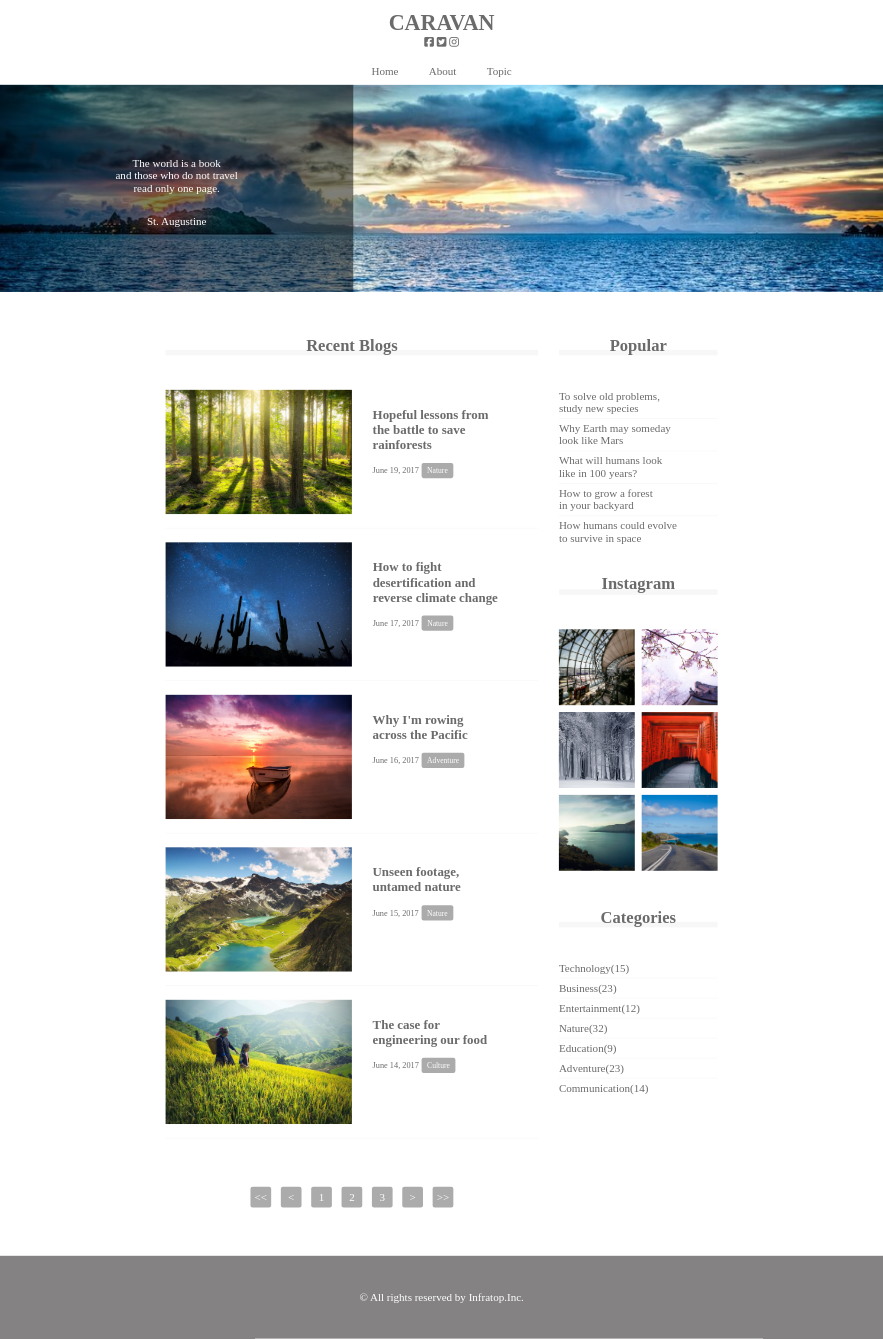
Repository: hayase-m/Webcamp
Page: caravan/index.html
The author's editor kept a record of every edit. The page is drawn from the files as they stood at one moment, then again after the next edit.
The browser window is 1280 px wide. The pictures show the whole page, at 69% of full size.
Some web libraries are served in a nearby version.

Above is the page before.

### caravan/index.html
<!DOCTYPE html>
<html lang="ja">
  <head>
    <meta charset="UTF-8" />
    <meta name="viewport" content="width=device-width,initial-scale=1.0">
    <!-- CSSファイルの読み込み -->

    <script src="https://kit.fontawesome.com/a95fdb4b13.js" crossorigin="anonymous"></script>
    <link rel="stylesheet" href="style.css" />
    <title>CARAVAN</title>
  </head>

  <body>
    <!-- header -->
    <header>
      <h1 class="heading">
        <a href="index.html">
        CARAVAN
        </a>
      </h1>

      <div class="social">
        <i class="fab fa-facebook-square"></i>
        <i class="fab fa-twitter-square"></i>
        <i class="fab fa-instagram"></i>
      </div>
    </header>

    <!-- navigation -->
    <nav>
      <ul class="nav-list">
        <li class="nav-list-item">
          <a href="index.html">Home</a>
        </li>
        <li class="nav-list-item">About</li>
        <li class="nav-list-item">Topic</li>
      </ul>
    </nav>

    <!-- main-visual用のdiv -->
    <div class="main-visual">
      <div class="main-visual-content">
        <!-- pタグ（と文字）を追加 -->
        <p class="main-visual-text">
          The world is a book <br>
          and those who do not travel <br>
          read only one page.
        </p>
        <p class="main-visual-name">
          St. Augustine
        </p>
      </div>
    </div>

    <!-- main用のdiv -->
    <main>
      <section class="blog">
        <h2 class="blog-heading">Recent Blogs</h2>

        <div class="blog-box">
          <div class="blog-item">
            <img class="blog-image" src="img/forest.jpg" />
            <section class="blog-text">
              <h3 class="blog-text-heading">
                <a href="single.html">
                  Hopeful lessons from<br>
                  the battle to save<br>
                  rainforests
                </a>
              </h3>
              <p class="blog-date">June 19, 2017</p>
              <span class="category">Nature</span>
            </section>
          </div>
          <div class="blog-item">
            <img class="blog-image" src="img/desert.jpg" />
            <section class="blog-text">
              <h3 class="blog-text-heading">
                <a href="single.html">
                  How to fight<br>
                  desertification and<br>
                  reverse climate change
                </a>
              </h3>
              <p class="blog-date">June 17, 2017</p>
              <span class="category">Nature</span>
            </section>
          </div>
          <div class="blog-item">
            <img class="blog-image" src="img/sunset.jpg" />
            <section class="blog-text">
              <h3 class="blog-text-heading">
                <a href="single.html">
                  Why I'm rowing<br>
                  across the Pacific
                </a>
              </h3>
              <p class="blog-date">June 16, 2017</p>
              <span class="category">Adventure</span>
            </section>
          </div>
          <div class="blog-item">
            <img class="blog-image" src="img/italy.jpg" />
            <section class="blog-text">
              <h3 class="blog-text-heading">
                <a href="single.html">
                  Unseen footage,<br>
                  untamed nature
                </a>
              </h3>
              <p class="blog-date">June 15, 2017</p>
              <span class="category">Nature</span>
            </section>
          </div>
          <div class="blog-item">
            <img class="blog-image" src="img/asia.jpg" />
            <section class="blog-text">
              <h3 class="blog-text-heading">
                <a href="single.html">
                  The case for<br>
                  engineering our food
                </a>
              </h3>
              <p class="blog-date">June 14, 2017</p>
              <span class="category">Culture</span>
            </section>
          </div>
        </div>
        <div class="pagination">
          <p><<</p>
          <p><</p>
          <p>1</p>
          <p>2</p>
          <p>3</p>
          <p>></p>
          <p>>></p>
        </div>
      </section>

      <div class="sidebar">
        <section class="popular">
          <h2 class="popular-heading common-heading">Popular</h2>
          <div class="sidebar-contents">
            <p class="popular-text">To solve old problems,<br>study new species</p>
            <p class="popular-text">Why Earth may someday<br>look like Mars</p>
            <p class="popular-text">What will humans look<br>like in 100 years?</p>
            <p class="popular-text">How to grow a forest<br>in your backyard</p>
            <p class="popular-text">How humans could evolve<br>to survive in space</p>
          </div>
        </section>
        <section class="instagram">
          <h2 class="instagram-heading common-heading">Instagram</h2>
          <div class="sidebar-contents">
            <div class="instagram-box"></div>
            <div class="instagram-box"></div>
            <div class="instagram-box"></div>
            <div class="instagram-box"></div>
            <div class="instagram-box"></div>
            <div class="instagram-box"></div>
          </div>
        </section>
        <section class="categories">
          <h2 class="categories-heading common-heading">Categories</h2>
          <div class="sidebar-contents">
            <p class="categories-text">Technology(15)</p>
            <p class="categories-text">Business(23)</p>
            <p class="categories-text">Entertainment(12)</p>
            <p class="categories-text">Nature(32)</p>
            <p class="categories-text">Education(9)</p>
            <p class="categories-text">Adventure(23)</p>
            <p class="categories-text">Communication(14)</p>
          </div>

        </section>
      </div>
    </main>

    <!-- footer -->
    <footer>
      <p class="footer-text">© All rights reserved by Infratop.Inc.</p>
    </footer>
  </body>
</html>

### caravan/style.css
/* ブラウザがそれぞれ持っているCSSをリセットするための記述 */
* {
  margin: 0;
  padding: 0;
  box-sizing: border-box;
  color: #6c6b6b;
}

a {
  text-decoration: none;
}

header {
  width: 90%; /* 横幅90% */
  padding: 15px 0;
  margin: 0 auto;
  text-align: center;
}

header .heading {
  /* headerタグ内のheadingクラスにのみ反映される */
  font-size: 32px;
}

.nav-list {
  text-align: center;
  padding: 10px 0;
  margin: 0 auto;
}

.nav-list-item {
  list-style: none;
  display: inline-block;
  margin: 0 20px;
}

.main-visual {
  width: 100%; /* 横幅いっぱい */
  height: 300px; /* 高さ300px */
  background-image: url(img/mv.jpg);
  background-size: cover; /* 縦横比を維持したまま背景領域を埋め尽くす */
  background-position: center; /* 背景画像を中央に配置 */
}

.main-visual-content {
  width: 40%; /* 横幅40% */
  height: 300px; /* 親の高さに揃える */
  background-color: rgba(0, 0, 0, 0.5); /* 背景色を半透明の黒にする */
  text-align: center; /* 文字を中央揃えにする */
  padding-top: 105px; /* 上側の内側余白で垂直方向の位置を調整 */
}

.main-visual-text {
  color: #fff; /* 文字色を白に変更 */
}

.main-visual-name {
  margin-top: 30px; /* 上側の外側の余白 */
  color: #fff; /* 文字色を白に変更 */
}

main {
  width: 800px; /* 横幅800px */
  display: flex; /* Flexboxの利用 */
  justify-content: center; /* 要素の横並び・中央寄せ */
  margin: 0 auto; /* 要素の中央揃え */
  padding: 70px 0; /* 上下に70px、左右に0pxの内側余白 */
}

.blog {
  width: 540px;
  margin-right: 30px; /* 領域の右側余白 */
}

.blog-heading {
  border-bottom: 8px solid #f7f7f7;
  text-align: center;
  line-height: 0.6;
}

.blog-box {
  padding-top: 50px;
}

.blog-item {
  padding-bottom: 20px;
  margin-bottom: 20px;
  border-bottom: 1px solid #f7f7f7;
  display: flex;
  justify-content: flex-start;
}

.blog-image {
  height: 180px
}

.blog-text {
  padding: 25px 0 0 30px;
}

.blog-text-heading {
  padding-bottom: 15px;
}

.blog-date {
  font-size: 12px;
  display: inline-block;
}

.category {
  display: inline-block;
  padding: 5px 8px;
  background-color: #acabab;
  border-radius: 3px;
  color: #fff;
  font-size: 11px;
}

.pagination {
  text-align: center;
  padding-top: 50px;
}

.pagination p {
  display: inline-block;
  width: 30px;
  height: 30px;
  margin: 0 5px;
  color: #fff;
  background-color: #acabab;
  border-radius: 3px;
  line-height: 30px;
}

.sidebar {
  width: 230px;
}

.common-heading {
  border-bottom: 8px solid #f7f7f7;
  text-align: center;
  line-height: 0.6;
}

.sidebar-contents {
  padding: 50px 0;
}

.popular-text,
.categories-text {
  padding-bottom: 5px;
  border-bottom: 1px solid #f7f7f7;
  margin-bottom: 5px;
}

.popular-text:last-child,
.categories-text:last-child {
  margin: 0;
  padding: 0;
  border: none;
}

.instagram .sidebar-contents {
  display: flex;
  flex-wrap: wrap;
}

.instagram-box {
  width: 110px;
  padding-top: 110px;
  background-size: cover;
  background-position: center;
  margin-bottom: 10px;
}

.instagram-box:nth-child(odd) {
  margin: 0 10px 10px 0;
}

.instagram-box:nth-child(1) {
  background-image: url(img/airport.jpg);
}

.instagram-box:nth-child(2) {
  background-image: url(img/japan.jpg);
}

.instagram-box:nth-child(3) {
  background-image: url(img/snow.jpg);
}

.instagram-box:nth-child(4) {
  background-image: url(img/japan2.jpg);
}

.instagram-box:nth-child(5) {
  background-image: url(img/lake.jpg);
}

.instagram-box:nth-child(6) {
  background-image: url(img/road.jpg);
}

footer {
  width: 100%;
  height: 120px;
  text-align: center;
  line-height: 120px;
  background-color: #848282;
}

.footer-text {
  color: #fff;
}

After the next edit:
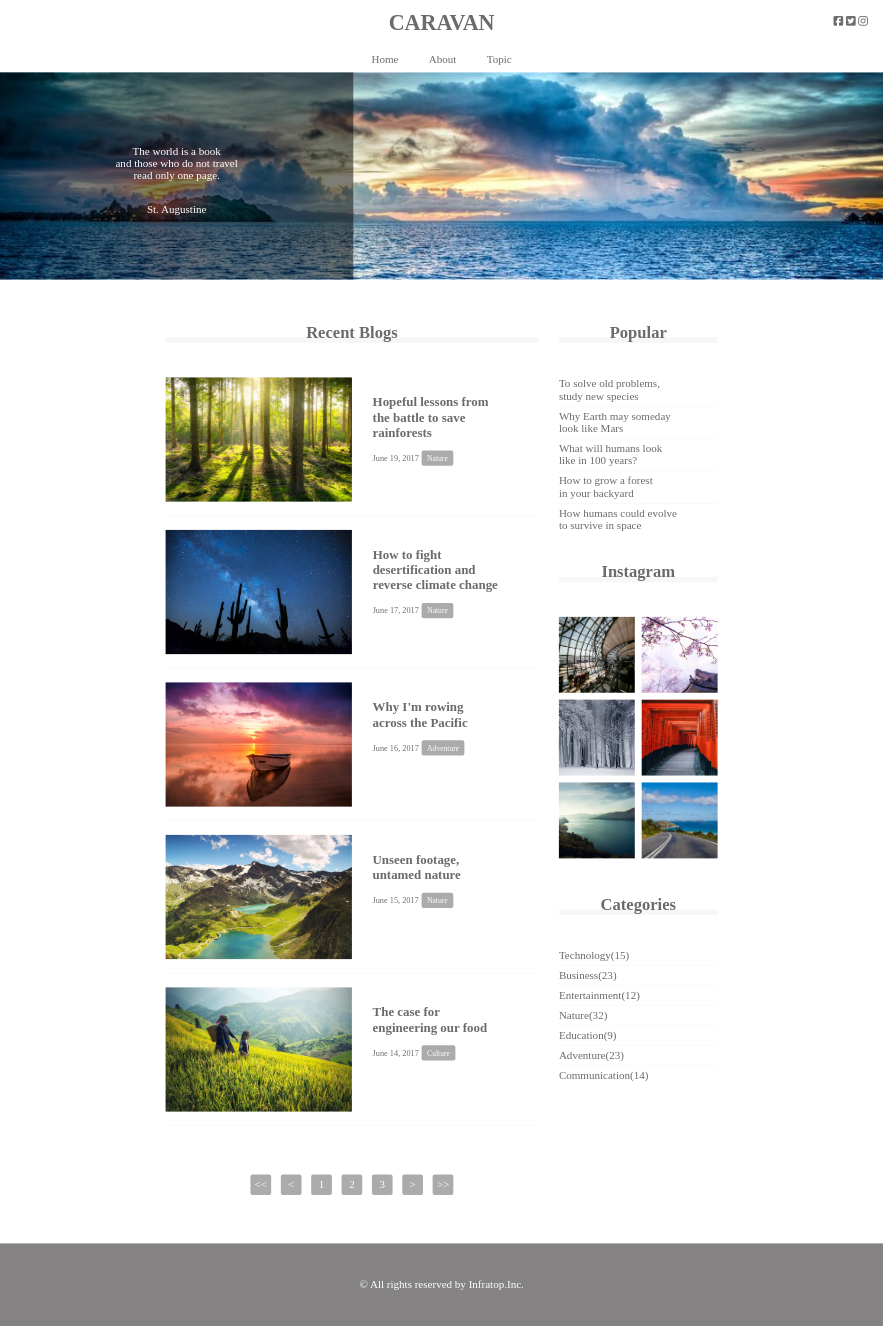
The edit:
--- a/caravan/style.css
+++ b/caravan/style.css
@@ -15,6 +15,12 @@
   padding: 15px 0;
   margin: 0 auto;
   text-align: center;
+}
+
+.social {
+  position: absolute; /* headerの左上を基準に絶対位置で指定する */
+  top: 22px; /* headerの左上から22px下側へ移動する */
+  right: 22px; /* headerの右上から22px左側へ移動する */
 }
 
 header .heading {
